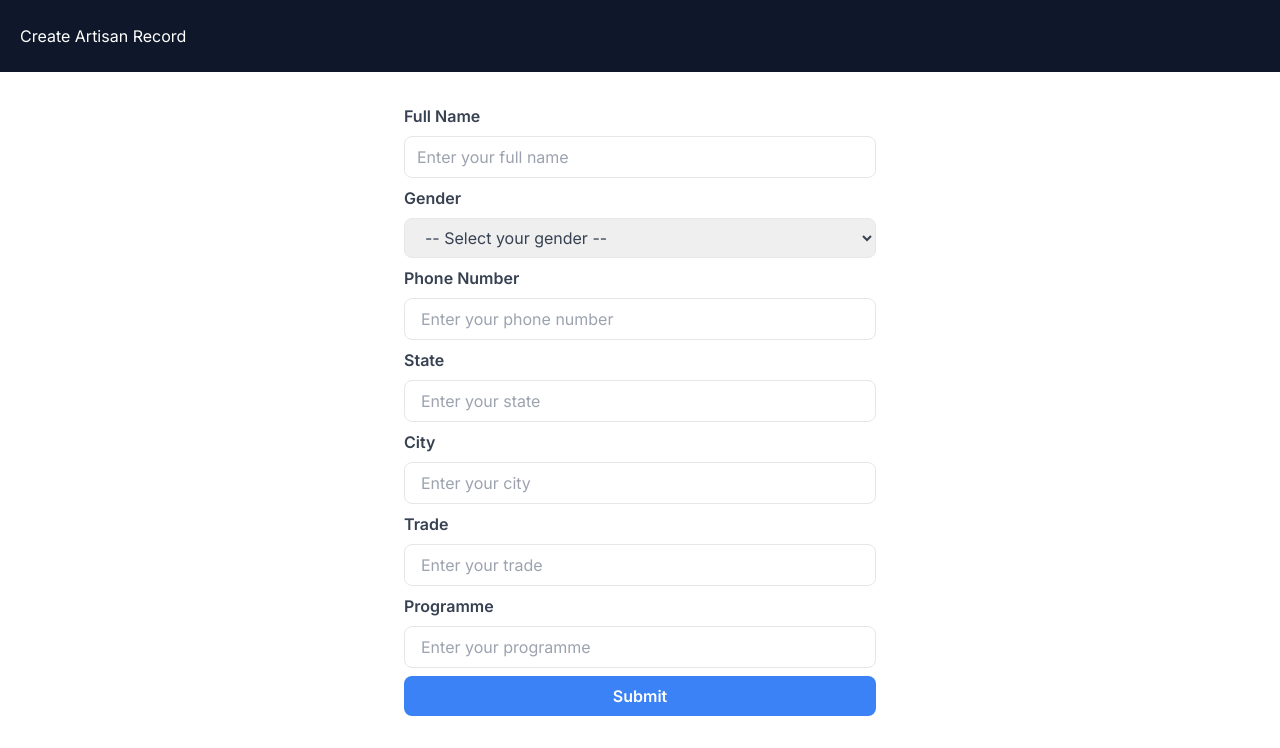
Repository: marcusdashe/artisanindex_frontend
Page: /components/CreateArtisan
These files come from the project's save history. The page is drawn as it stood at one moment and after the next save; the edit follows.
The browser window is 1280 px wide. The pictures show the whole page.
The project was rebuilt for these pictures with package versions that can differ from the ones it lists, and the page was loaded fresh each time. The framework's server and built-in components were replaced by stand-ins that run in the browser. Also part of the build but not shown: next.config.js.

Above is the page before, as saved 2023-03-09 11:27:04.

After the next save:
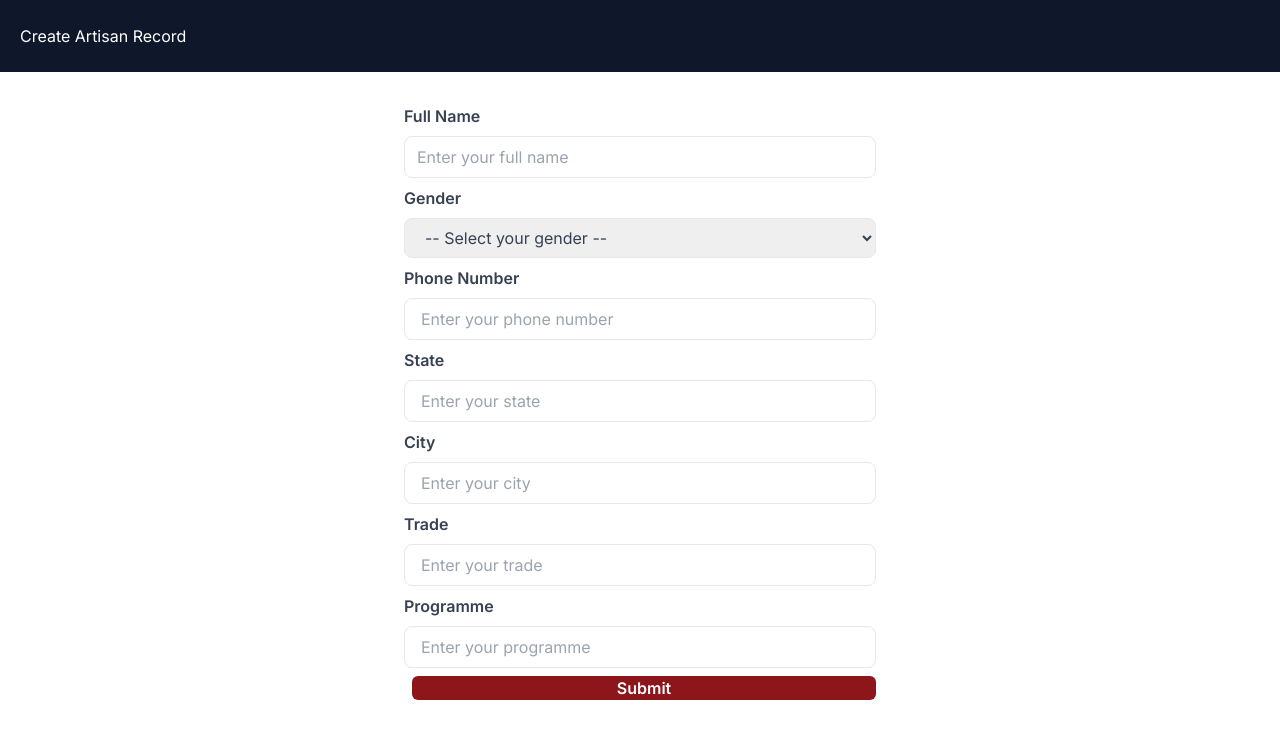
Saved 2 min 0 s later.
--- a/pages/components/CreateArtisan.js
+++ b/pages/components/CreateArtisan.js
@@ -132,7 +132,7 @@ function ViewArtisanDataScreen() {
 
             <button
               type="submit"
-              className="px-4 py-2 bg-blue-500 text-white font-semibold rounded-lg hover:bg-blue-700"
+              className=" bg-[#8D161A] text-white rounded-md ml-2 px-4 text-white font-semibold rounded-lg hover:bg-blue-700"
             >
               Submit
             </button>
